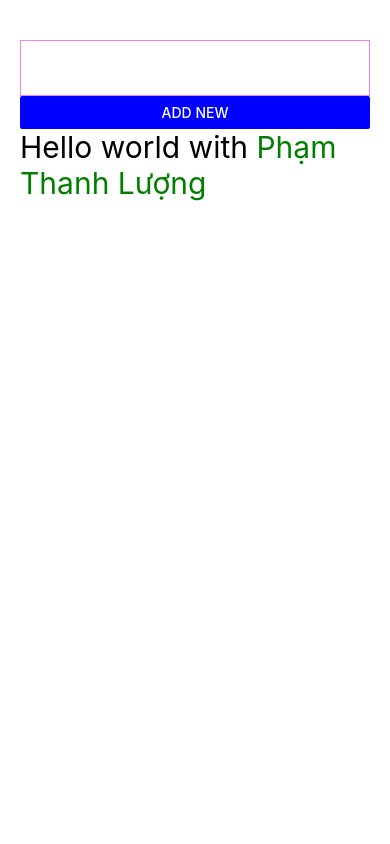
Repository: LuongPTCE181311/React-Native-Ultimate
Screen: /
An editor plug-in stored every save of this project. The screen is shown before and after a run of saves, followed by the edit.
The app was drawn by React Native's web renderer in a window 390 px wide. The project was rebuilt for these pictures with package versions that can differ from the ones it lists, and the page was loaded fresh each time. Some packages were replaced by stand-ins written for this rebuild.

Above is the screen before, as saved 2026-06-14 16:31:07.

### App.tsx
import { StatusBar } from 'expo-status-bar';
import { useState } from 'react';
import { Button, StyleSheet, Text, TextInput, View } from 'react-native';



export default function App() {

  const [name, setName] = useState<string>("");

  const [person, setPerson] = useState<{
    name: string;
    age: number;
  }>({
    name: "hoi dan it",
    age: 32
  })
  return (
    <View style={styles.container}>
      <View>
        <TextInput
         keyboardType='ascii-capable'
         multiline={true}
         onChangeText={value => setName(value)}
         value={name}
         style={styles.borderInput}/>
        <Text style={styles.text} >{name}</Text>
      </View>

      <Button title='Add new' color={"blue"}/>

      <Text style={styles.text2}>Hello world with
        <Text style={styles.greenColor}> Phạm Thanh Lượng</Text>
      </Text>
    </View>
  );
}

const styles = StyleSheet.create({
  greenColor: {
    color: "green"
  },
  text: {
    fontSize: 30,
    color: "red"
  },
  text2: {
    fontSize: 30
  },
  container: {
    flex: 1,
    backgroundColor: '#fff',
    // alignItems: 'center',
    // justifyContent: 'center'
    paddingHorizontal: 20,
    paddingTop: 40,
  },
  borderInput: {
    borderColor: "violet",
    borderWidth: 1,
    padding: 10
  }
});

Loaded but not shown: index.ts (common file)

After the next 2 saves:
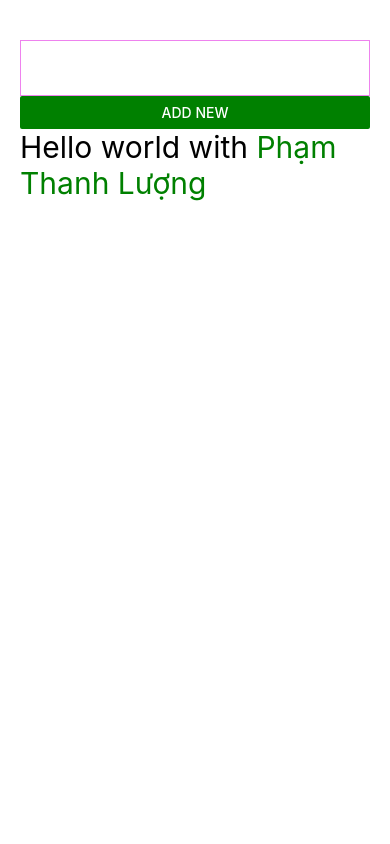
The 2 saves are shown as one change because they came seconds apart.
The last was saved 58 s later.
--- a/App.tsx
+++ b/App.tsx
@@ -27,7 +27,7 @@ export default function App() {
         <Text style={styles.text} >{name}</Text>
       </View>
 
-      <Button title='Add new' color={"blue"}/>
+      <Button title='Add new' color={"green"}/>
 
       <Text style={styles.text2}>Hello world with
         <Text style={styles.greenColor}> Phạm Thanh Lượng</Text>
